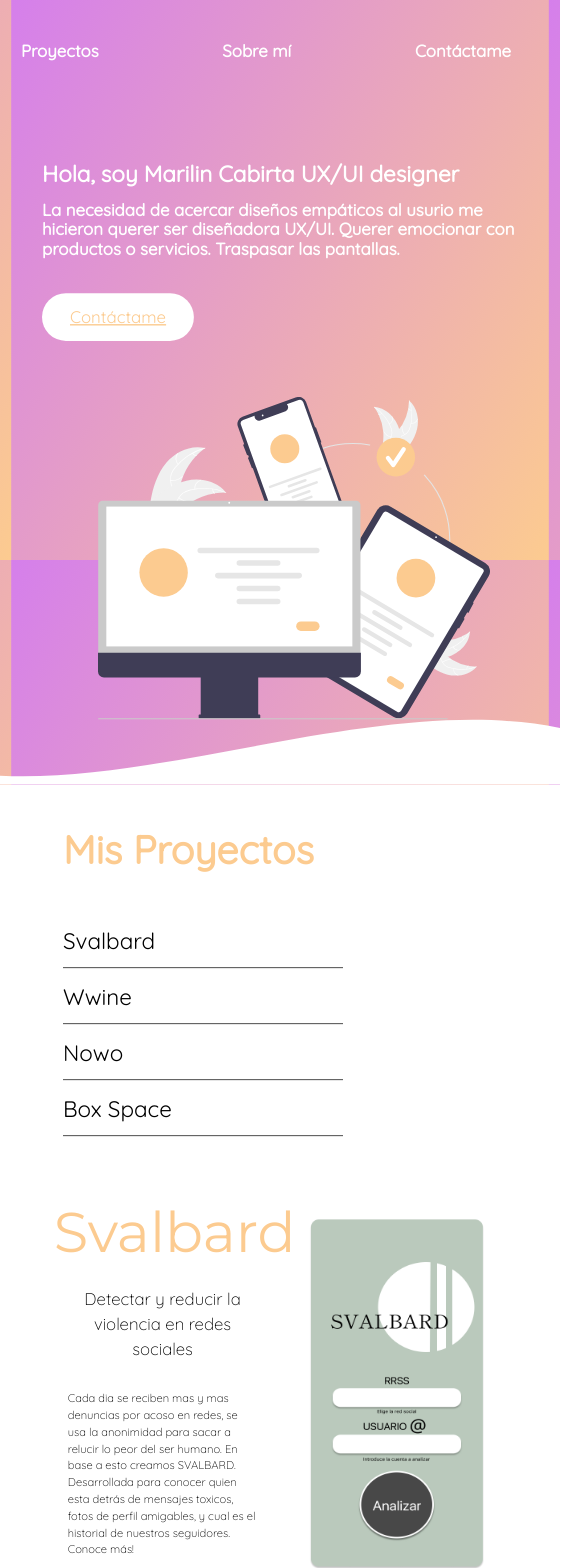
Repository: Marilyncabirta/portfolioHTML
Page: index.html
An editor plug-in stored every save of this project. The page is shown before and after a run of saves, followed by the edit.
The browser window is 768 px wide. The page is 820 px wide, then 818 px, so the pictures cover 820 px, including what lies to the right of the window. The pictures show the part of the page from y = 0 to 2240 px (the page is 4772 px tall before and 4742 px after), at 70% of full size.
Backgrounds fixed to the window are drawn as part of the page. Some web libraries are served in a nearby version.

Above is the page before, as saved 2022-12-16 13:20:30.

### index.html
<!DOCTYPE html>
<html lang="es">
<head>
    <meta charset="UTF-8">
    <meta name="viewport" content="width=device-width, initial-scale=1.0">
    <title>Portafolio AlexCG</title>
    <link rel="stylesheet" href="css/normalize.css">
    <link rel="stylesheet" href="css/estilos.css">
    <link rel="preconnect" href="https://fonts.googleapis.com">
<link rel="preconnect" href="https://fonts.gstatic.com" crossorigin>
<link href="https://fonts.googleapis.com/css2?family=Montserrat:wght@100;400;700&family=Quicksand:wght@300;400&display=swap" rel="stylesheet">
</head>


<body>

    <header class="hero">
        <div class="contenedor">
            <nav class="nav">
                <a href="" class="nav__items nav__items--cta">Proyectos</a>
                <a href="" class="nav__items">Sobre mí</a>
                <a href="" class="nav__items">Contáctame</a>
            </nav>

            <section class="hero__contenedor">
                <div class="hero__texts">
                    <h1 class="hero__title">Hola, soy Marilin Cabirta UX/UI designer</h1>
                    <h2 class="hero_subtitle">La necesidad de acercar diseños empáticos al usurio me hicieron querer ser diseñadora UX/UI. Querer emocionar con productos o servicios. Traspasar las pantallas.</h2>
                    <a href="" class="hero_cta">Contáctame</a>
                </div>
                <div class="contenedor_ilustraciones">
                    <img class="hero_image" src="assets/hero1.svg" alt="marilincabirta">
                </div>
            </section>
        </div>
        <div>
            <div class="hero_wave" style= "overflow:hidden;" ><svg viewBox="0 0 500 150" preserveAspectRatio="none" style="height: 100%; width: 100%;"><path d="M-0.56,130.76 C150.00,150.00 349.20,-49.99 503.38,30.10 L500.00,150.00 L0.00,150.00 Z" style="stroke: none; fill: #fff;"></path></svg></div>
        </div>
    </header>

    <main >
        <section class="presentacion__container">
            <h2 class="subtitle--h2">Mis Proyectos</h2>
            <div class="lista">
                <ul>
                    <li><a class="nombres" href="#">Svalbard<a></li>
                        <div class="linea"></div>
                    <li><a class="nombres" href="#">Wwine</a></li>
                        <div class="linea"></div>
                    <li><a class="nombres" href="#">Nowo</a></li>
                        <div class="linea"></div>
                    <li><a class="nombres" href="#">Box Space</a></li>
                        <div class="linea"></div>

                </ul>
            </div>
        </section>

        <section class="about__container">
            <div class="about__texts">
                <h2 class="subtitle">Svalbard</h2>
                <p class="about__paragraph">Detectar y reducir la violencia en redes sociales</p>
                <p class="about__content">Cada dia se reciben mas y mas denuncias por acoso en redes, se usa la anonimidad para sacar a relucir lo peor del ser humano. En base a esto creamos SVALBARD. Desarrollada para conocer quien esta detrás de mensajes toxicos, fotos de perfil amigables, y cual es el historial de nuestros seguidores. Conoce más!</p>
                <a class="about__button" href="">Conoce más</a>
            </div>
            <div class="about__img">
                <img class="about__picture" src="assets/LOG IN.png"   alt="">
            </div>
        </section>

        <section class="about__container">
            <div class="about__img">
                <img src="assets/wwine mockup.jpg" class="about__picture"alt="">
            </div>
            <div class="about__texts">
                <h2 class="subtitle">Wwine</h2>
                <p class="about__paragraph">¿Quién no ha deseado alguna vez poder saber más de un vino antes de comprarlo?</p>
                <p class="about__content">Le damos forma a los deseos de todos los consumidores de vino y desarrollamos este dispositivo para poder conocer las propiedades olfativas de un vino antes de comprarlo. No nos crees? Te contamos más!</p>
                <a class="about__button" href="">Conoce más</a>
            </div>

        </section>

        <section class="about__container">
            <div class="about__texts">
                <h2 class="subtitle">Nowo</h2>
                <p class="about__paragraph">Mejoramos tu forma de viajar</p>
                <p class="about__content">Millones de personas se desplazan todos los días por ocio o por trabajo y su principal carga son las maletas. Venimos a revolucionar el concepto de viajar. Nosotros nos ocupamos de las maletas, ofreciéndote los packs más completos para que nada te falte!</p>
                <a class="about__button" href="">Conoce más</a>
            </div>
            <div class="about__img">
                <img src="assets/Nowo by rebellion 1.jpg" class="about__picture" alt="">
            </div>
        </section>

        <section class="about__container">
            <div class="about__img">
                <img src="assets/mock uo.jpg" class="about__picture" alt="">
            </div>
            <div class="about__texts">
                <h2 class="subtitle">Box Space</h2>
                <p class="about__paragraph">Como conseguimos que haya más usuarios en los parques urbanos?</p>
                <p class="about__content">Esta App fue creada para mejorar la asistencia a los parques urbanos. En un mundo con prisas, acercamos la tecnología y la era digital a aquellos entornos naturales que nos encanta disfrutar, pero que todavía no nos permiten desarrollar todas nuestras facetas diarias cómodamente.Descúbrela!</p>
                <a class="about__button" href="">Conoce más</a>
            </div>

        </section>

    </main>

    <footer class="footer">
        <div container class="container footer__grid">
            <nav class="nav nav--footer">
                <a class="nav_items nav__items--footer" href="">Inicio </a>
                <a class="nav_items nav__items--footer" href="">Sobre mí</a>
                <a class="nav_items nav__items--footer" href="">Proyectos</a>
            </nav>

            <section class="footer__contact">
                <h3 class="footer__title"> Contáctame</h3>
                <div class="footer__icons">
                    <span class="footer__container-icons">
                        <a href="#" class="fab fa-medium footer__icon"></a>
                    </span>
                    <span class="footer__container-icons">
                        <a href="#" class="fab fa-linkedin footer__icon"></a>
                    </span>
                    <span class="footer__container-icons">
                        <a href="#" class="fab fa-mailchimp footer__icon"></a>
                    </span>

                </div>
            </section>



        </div>
    </footer>







    <script src="https://kit.fontawesome.com/b4fd9d412c.js" crossorigin="anonymous"></script>
</body>
</html>

### css/estilos.css

@import url('https://fonts.googleapis.com/css2?family=Montserrat:wght@100;400;700&family=Quicksand:wght@300;400&display=swap');


:root{
    --background:linear-gradient(120deg,#d57feb   0%,#fccb90 100%);
    --color-secondary:#fccb90;
    --color-primary: white;
    --boton-padding: 20px 40px;
}
body{

    font-family: 'Montserrat', sans-serif;
    font-family: 'Quicksand', sans-serif;
}

.hero{
    width: 100%;
    background-image: var(--background);
    background-repeat: no-repeat;
    background-attachment: fixed;
    position: relative;
}

.contenedor{
  padding: 20px 0;

}
.hero__contenedor{
    width: 100%;
    display: grid;
    grid-template-columns: 1fr 1fr ;
    height: 100%;
    justify-content: space-evenly;
    align-items: center;
    padding-bottom: 50px;
    margin: 50px;

}


.contenedor_ilustraciones{
    width: 800px;
    height: auto;
    text-align: center;
    justify-content: center;
}

.hero__texts{
    width: 50%;
    height: inherit;
    color: white;
    margin-top: 20px;
    margin: 0 60px;
}
.hero_image{
    width: 70%
}

.hero_wave{
    position: absolute;
    bottom: 0;
    left: 0;
    height: 100px;
    width: 100%;
}

.nav{
    display: flex;
    justify-content: flex-end;
    height: 80px;
    align-items: right;
    font-weight: 700;
    margin-top: 30px;

}

.nav--footer{
    font-weight: 300;
    justify-content: flex-start;
}

.nav__items{
    color: white;
    text-decoration: none;
    font-size: 32px;
    padding: 20px 15px;
    margin-right: 40px;
    font-weight: inherit;
}

.nav__items--cta{
    border: 2px solid white;
    border-radius: 40px;
}

.nav__items:hover{
    text-decoration: underline;
}
.nav__items--footer{
    padding: 10px;
}



.hero_cta{
    display: inline-block;
    font-size: 24px;
    background-color: var(--color-primary);
    color: #fccb90;
    padding: 20px 40px;
    margin-top: 30px;
    border-radius: 40px;
    text-align: center;
    justify-content: center;
}

.hero__texts{
    width: 90%;
    margin: 40px;
}

.hero__title{
    font-size: 60px;
    margin-top: 80px;

}

.hero__subtitle{
    font-size: 2rem;
    font-weight: 400;
    margin: 20px 0;
}

/* presentacion proyectos */



.presentacion__container{
    width: 60%;
    height: auto;
    padding-top: 0;
    text-align: center;
    text-decoration: none;
    margin-left: 50px;
}

.subtitle{
    font-size: 56px;
    color:var(--color-secondary);
    padding-bottom: 10px;
    font-weight: 700;
    text-align: center;
    margin: 40px;
}
.subtitle--h2{
    font-size: 56px;
    color:var(--color-secondary);
    padding-bottom: 10px;
    font-weight: 700;
    text-align: center;
    margin: 60px 40px;
    text-align: left;
}

.presentacion__container li{
    font-size: 32px;
    margin-top: 10px;
    padding: 10px 0;
    text-decoration: none;
}

.lista li{
 text-decoration: none;
 list-style: none;
 text-align: left;

}

.lista a{
    text-decoration: none;
    color: black;

}

.lista li:hover{
    font-size: 3.5rem;
    transition: 1s;
}

.lista div{
    border-top: 1px solid black;
    height: 2px;
    max-width: 400px;
    padding: 0;
    margin: 10px 0 auto 0;

}

.about__container{
    width: 70%;
    min-height: 800px;
    max-width: 1300px;
    height: auto;
    display: grid;
    grid-template-columns: 1fr 1fr ;
    margin: 60px auto;
    background-color: var(--color-primary);
    align-items: center;

}

.about__texts{

    justify-content: center;
    text-align: left;
    margin: 20px ;

}
.about__img{
     justify-content: center;
    text-align: center;
    margin: 20px;

}

.subtitle{
    font-size: 80px;
    font-family: "Montserrat";
    font-weight: 400;
    margin: 10px auto;

}



.about__picture{
    width: 250px;
    height: 500px;
    max-height: 800px;
}

.about__paragraph{
    margin: 20px;
    line-height: 1.5;
    font-weight: 300;
    font-size: 24px;
}

.about__content{
    font-size: 16px;
    margin: 40px 20px;
    text-align: left;
    line-height: 1.5;
    font-weight: 300;
}

.about__button{
    margin: 60px 20px;
    padding: 10px 10px;
    background-color:var(--color-secondary);
    color: white;
    border-radius: 20px;
    text-align: center;
    text-decoration: none;
}

/* footer */

.footer{
    background:var(--background);
    padding-bottom: 40px;



}

.footer__grid{
    display: grid;
    grid-template-columns: 3fr 2fr;
    gap: 20px;
    align-items: center;
    margin: 40px;
}

.nav_items{
    text-decoration: none;
    color: white;
    font-size: 20px;
    margin:0 0 0 10px;
}

.footer__title{
    font-weight: 400;
    color: white;
    font-size:2rem ;
    margin-bottom: 20px;
    text-align: center;
}

.footer__icons{
    display: flex;
    justify-content: space-evenly;
    font-size: 32px;
}

.footer__container-icons{
    display: inline-block;
    width: 60px;
    height: 60px;
    color: white;
    text-align: center;
    border: 1px solid white;
    border-radius: 50%;

}

.footer__icon{
    color: white;
    text-decoration: none;
    font-size: 30px;

}

.fab.footer__icon{
line-height: 60px;
text-decoration: underline;
}


/* responsive design */

@media screen and (max-width:800px){
        :root{
            --botton-padding:18px 40px;
        }

        .nav{
            justify-content:space-between
        }
        .nav__items--cta{
            border: none;
        }

        .nav__items{
            color: white;
            text-decoration: none;
            font-size: 24px;
            padding: 10px 30px;
            font-weight: inherit;
        }

        .nav__items--footer{
            border: none;
        }

        .hero__contenedor{
            display: grid;
            grid-template-columns: 1fr ;
            justify-content: center;
            align-items: center;
            padding-bottom: 50px;
            margin: 20px;

        }
        .hero{
            width: 800px;
            height: auto;
        }

        .hero__title{
            font-size: 2rem;
            margin-bottom: 20px;
        }

        .about__container{
            width: 80%;
            min-height: 600px;
        }
        .about__texts{
            width: 90%;
            justify-content: center;
            text-align: center;
            margin: 20px 0px;

        }

        .hero_image{
            width: 70%;
        }

        .presentacion__container{
            width: 100%;
        }

         .about__img{
            width: auto;
            text-align: center;
        }
    .footer{
        width: 100%;
        height: 200px;
    }
}

@media screen and (max-width:500px){

    :root{
        --botton-padding:15px 20px;
    }

    .hero{
        width: 100%;
        height: auto;
        position: relative;
    }
    .hero__contenedor{
        width: 100%;
        display: grid;
        grid-template-columns: 1fr;
        height: 100%;
        justify-content: center;
        align-items: center;
        padding-bottom: 80px;

    }
    .nav{
        flex-wrap: nowrap;
        justify-content: space-evenly;
        margin-top: 10px;

    }
    .nav__items--cta{
        border: none;
    }

    .nav__items{
        color: white;
        text-decoration: none;
        font-size: 20px;
        padding: 10px 20px;
        margin-right: 20px;

    }

    .nav__items--footer{
        border: none;
    }


    .hero__texts{
        margin-bottom: 50px;
        text-align: center;
    }
    .hero__title{
        font-size: 2rem;
        margin-bottom: 20px;
    }

    .hero__subtitle{
        font-size: 2rem;
        margin-bottom: 20px;
    }


    /* about */

    .subtitle{
        font-size: 2.5rem;
    }
    .about__paragraph{
        margin: 10px 10px;
        line-height: 1.5;
        font-weight: 300;
        font-size: 16px;
        text-align: left;
    }

    .about__content{
        font-size: 16px;
        margin: 10px 10px 40px 10px ;
        text-align: left;
        line-height: 1.5;
        font-weight: 300;
    }

    .nombres{
        font-size: 24px;
    }

    .about__container{
        width: 80%;
        min-height: 600px;
        height: auto;
        display: grid;
        margin: 20px auto;
        background-color: var(--color-primary);
        align-items: center;
     }

     .about__picture{
        width: 140px;
        height: 300px;
        max-height: 800px;

    }
     .contenedor_ilustraciones{
        width: 100%;
        height: auto;
        text-align: center;
        justify-content: center;
    }

    .about__texts:nth-child(2), :nth-child(4){
        grid-row: 1/2;
     }

     /* Footer */
     }

Loaded but not shown: css/normalize.css (library)

After the next 2 saves:
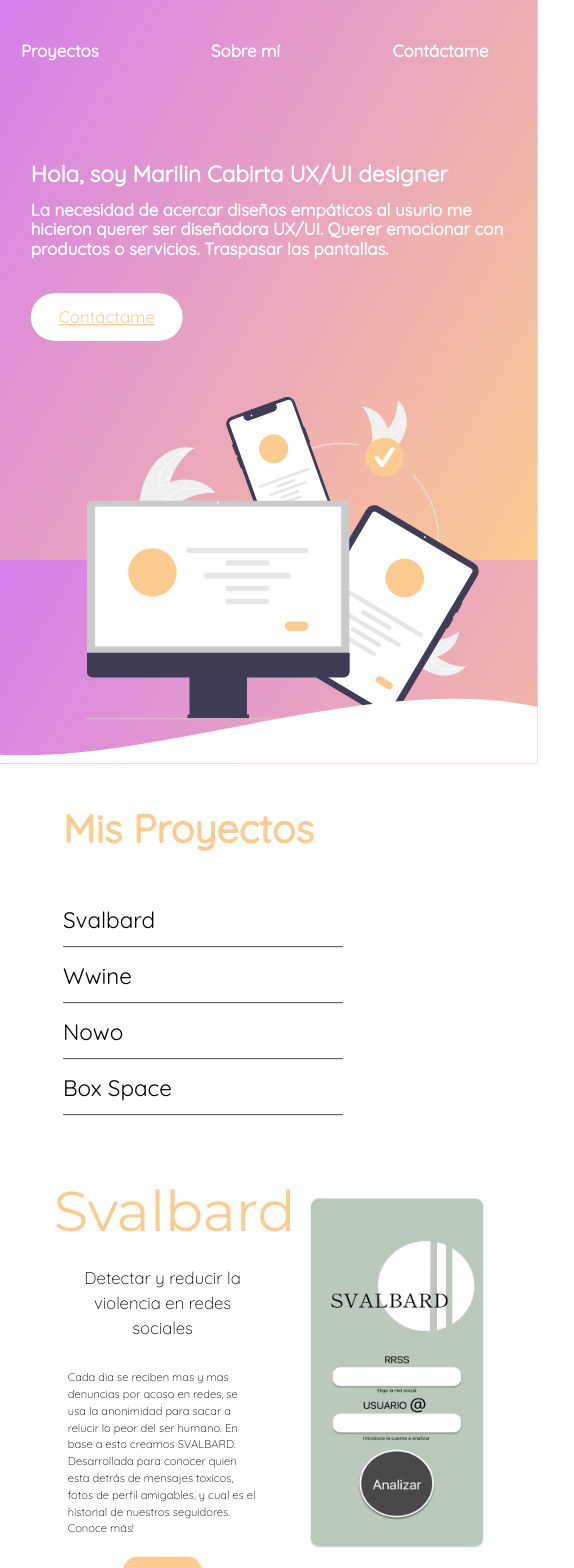
The 2 saves are shown as one change because they came seconds apart.
The last was saved 76 s later.
--- a/css/estilos.css
+++ b/css/estilos.css
@@ -359,14 +359,11 @@ text-decoration: underline;
             grid-template-columns: 1fr ;
             justify-content: center;
             align-items: center;
-            padding-bottom: 50px;
+            padding-bottom: 20px;
             margin: 20px;
 
         }
-        .hero{
-            width: 800px;
-            height: auto;
-        }
+
 
         .hero__title{
             font-size: 2rem;
